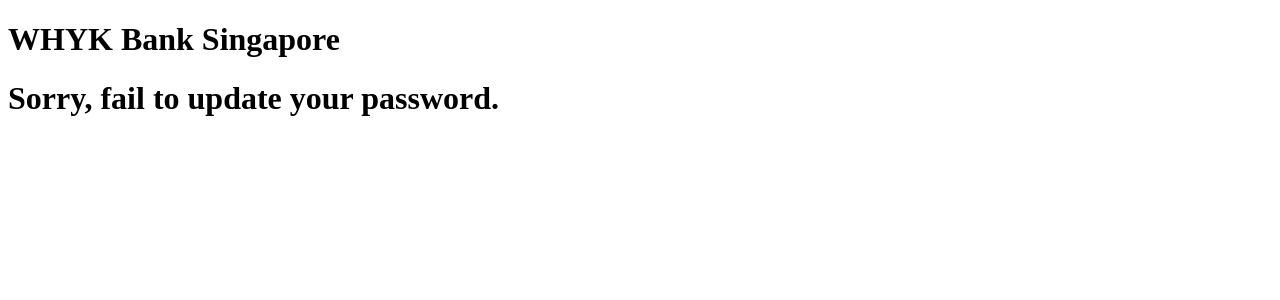
Repository: LingWenXing/java-fundamentals
Page: BankApplicationSystem/src/main/webapp/passwordUpdateFailure.html
The author's editor kept a copy of each file at every save. The page is drawn from the files as they stood at one save, then again after the next save.
The browser window is 1280 px wide. The pictures show the whole page.

Above is the page before, as saved 2022-04-15 07:19:36.

### BankApplicationSystem/src/main/webapp/passwordUpdateFailure.html
<!DOCTYPE html>
<html>
<head>
<meta charset="ISO-8859-1">
<title>WHYK Bank | Singapore</title>
</head>
<body>
	<header>
		<div>
			<div>
				<h1>WHYK Bank Singapore</h1>
			</div>
		</div>
	</header>
	<h1>Sorry, fail to update your password.</h1>
</body>
</html>

After the next save:
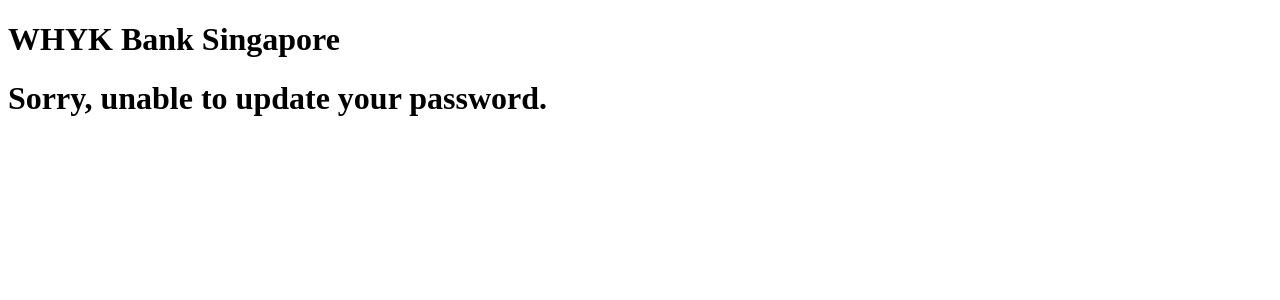
Saved 7 s later.
--- a/BankApplicationSystem/src/main/webapp/passwordUpdateFailure.html
+++ b/BankApplicationSystem/src/main/webapp/passwordUpdateFailure.html
@@ -12,6 +12,6 @@
 			</div>
 		</div>
 	</header>
-	<h1>Sorry, fail to update your password.</h1>
+	<h1>Sorry, unable to update your password.</h1>
 </body>
 </html>
